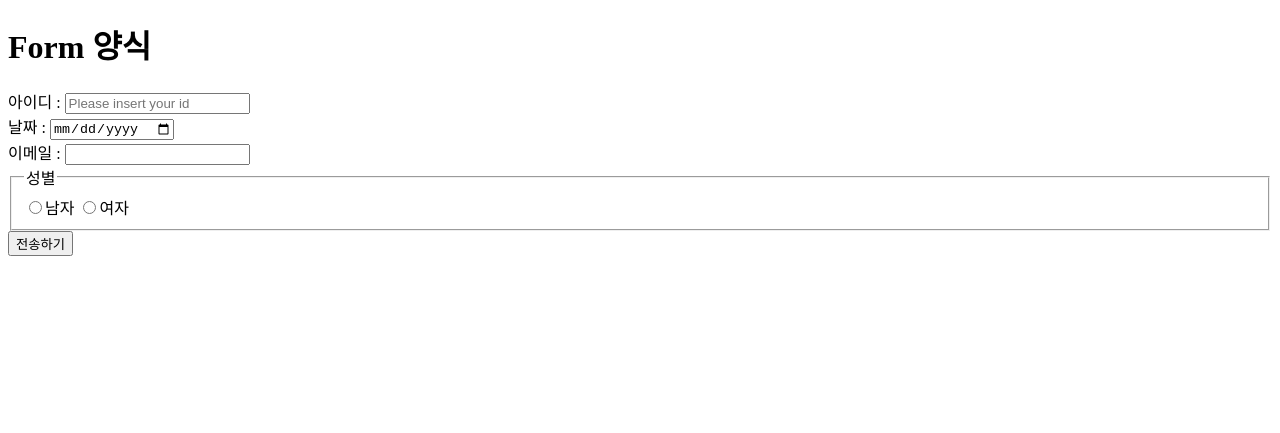
Repository: JeongHyeongKim/practice_myself
Page: Si_basic/WebProject/setp01_HTMLCS/WebContent/HTML/ex05_formTag.html
The author's editor kept a copy of each file at every save. The page is drawn from the files as they stood at one save, then again after the next save.
The browser window is 1280 px wide. The pictures show the whole page.

Above is the page before, as saved 2019-04-22 06:09:31.

After the next save:
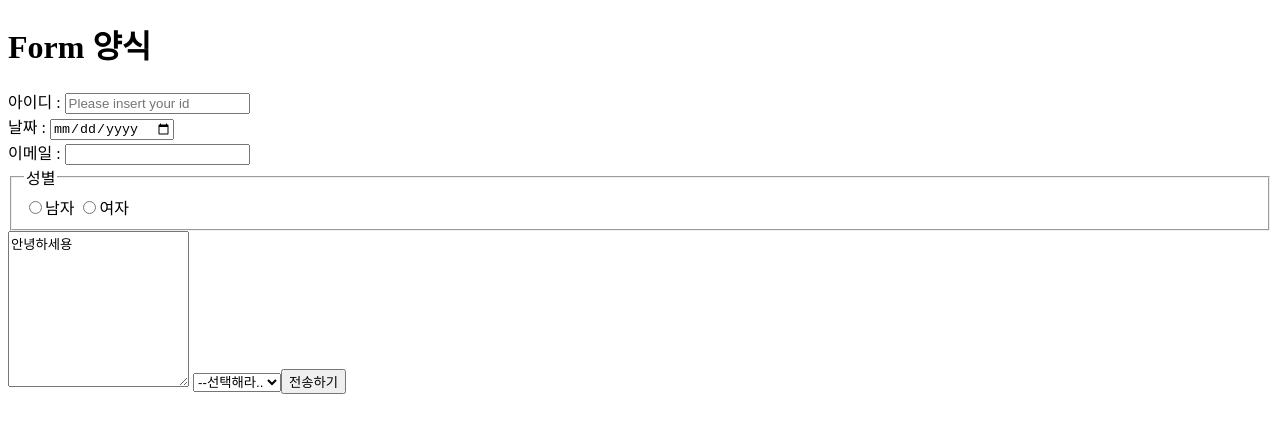
Saved 101 s later.
--- a/Si_basic/WebProject/setp01_HTMLCS/WebContent/HTML/ex05_formTag.html
+++ b/Si_basic/WebProject/setp01_HTMLCS/WebContent/HTML/ex05_formTag.html
@@ -16,6 +16,13 @@
 				<input type="radio" name="gender" value="남자">남자
 				<input type="radio" name="gender" value="여자">여자
 			</fieldset>
+			<textarea rows="10"cols="20" name="content">안녕하세용</textarea>
+
+			<select name="fruit">
+				<option>--선택해라..</option>
+				<option value="사과">사과</option>
+				<option value="딸기">포도</option>
+				<option value="딸기">딸기</option>
 			<!--  type="button | submit | reset" -->
 			<input type="submit" value="전송하기"/>
 		</form>
